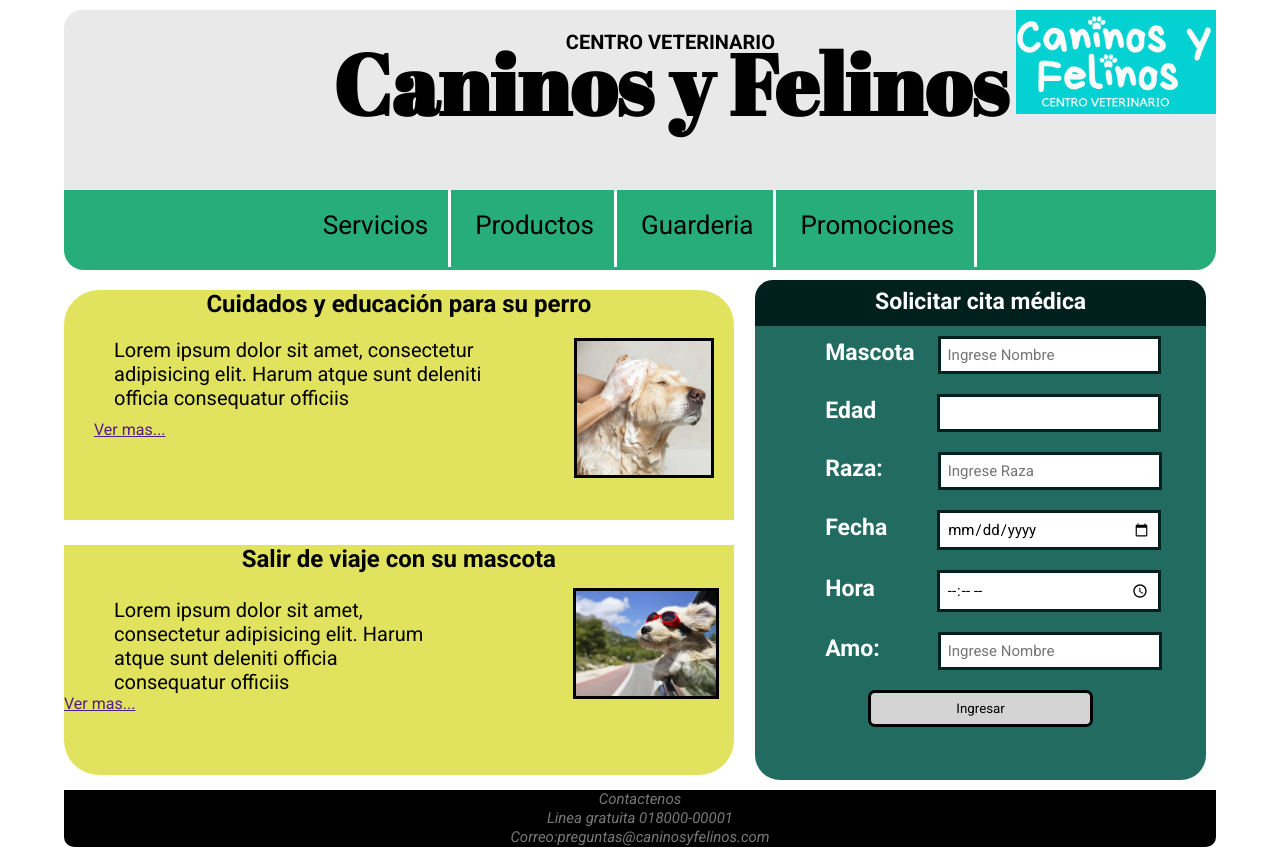
Repository: NickArregoces/Veterinaria
Page: Index.html
An editor plug-in stored every save of this project. The page is shown before and after a run of saves, followed by the edit.
The browser window is 1280 px wide. The pictures show the whole page.

Above is the page before, as saved 2021-10-08 18:16:39.

### Index.html
<!DOCTYPE html>
<html lang="en">
<head>
    <meta charset="UTF-8">
    <meta http-equiv="X-UA-Compatible" content="IE=edge">
    <meta name="viewport" content="width=device-width, initial-scale=1.0">
    <title>Canicos y felinos</title>
    <link rel="stylesheet" href="/CSS/Style.css">
    <link href="https://fonts.googleapis.com/css2?family=Roboto:ital,wght@0,100;0,300;0,400;0,500;0,700;0,900;1,100;1,300;1,400;1,500;1,700;1,900&display=swap" rel="stylesheet">
    <link rel="preconnect" href="https://fonts.googleapis.com">
    <link rel="preconnect" href="https://fonts.gstatic.com" crossorigin>
    <link href="https://fonts.googleapis.com/css2?family=Abril+Fatface&display=swap" rel="stylesheet">

</head>
<body>
    <div id="head">
        <header>
            <div class="image">
                <img src="/Images/logo.png" alt="logo">
            </div>
            <div class="title" >
                <h3>CENTRO VETERINARIO</h3>
                <h1>Caninos y Felinos</h1>
            </div>

        </header>

        <div class="navegador">
            <ul class="menu">
                <li><a href="#">Servicios</a></li>
                <li><a href="#">Productos</a></li>
                <li><a href="#">Guarderia</a></li>
                <li><a href="#">Promociones</a></li>
            </ul>
        </div>

    </div>
        <div id="Contenido">
            <div class="section">

                <form action="" class="cita">
                    <h3 style="color: rgb(255, 255, 255);">Solicitar cita médica</h3>
                        <div class="Mascota">
                            <h4>Mascota<input type="text" placeholder="Ingrese Nombre" required></h4>
                        </div>

                        <div class="Edad">
                            <h4>Edad<input type="number" required></h4>
                        </div>

                        <div class="Raza">
                            <h4>Raza:<input type="text" placeholder="Ingrese Raza" required></h4>
                        </div>
                        <div class="Fecha">
                            <h4>Fecha<input type="date" placeholder="" required></h4>
                        </div>

                        <div class="Hora">
                            <h4>Hora<input type="time" required></h4>
                        </div>

                        <div class="Amo">
                            <h4>Amo:<input type="text" placeholder="Ingrese Nombre" required></h4>
                        </div>

                    <div class="button">
                        <button class="sumbit"> Ingresar </button>
                    </div>

                </form>
            </div>

            <div id="Cuadros">
                <aside>
                    <div class="Cuidados">
                        <h2 style="color: rgb(0, 0, 0);">Cuidados y educación para su perro</h2>

                        <div id="Prueba">
                            <img id="Prubea" src="/Images/credit.png" alt="">


                            <p>Lorem ipsum dolor sit amet, consectetur adipisicing elit.
                                Harum atque sunt deleniti officia consequatur officiis</p>

                            <div class="vinculo"><a href="">Ver mas...</a></div>
                        </div>

                    </div>

                    <div class="Viajes">
                        <h2 style="color: rgb(0, 0, 0);">Salir de viaje con su mascota</h2>

                        <div id="Prueba">
                            <img id="Prubea" src="/Images/Wallpaper(80).jpg" alt="">

                            <p>Lorem ipsum dolor sit amet, consectetur adipisicing elit.
                            Harum atque sunt deleniti officia consequatur officiis</p>

                            <div class="vinculo1"><a href="">Ver mas...</a></div>
                        </div>
                    </div>
                </aside>
            </div>

            <div>
                <footer>
                        <p>Contactenos</p>
                        <p>Linea gratuita 018000-00001</p>
                        <p>Correo:preguntas@caninosyfelinos.com</p>
                </footer>
            </div>
        </div>

</body>
</html>

### CSS/Style.css

*{
    margin: 0 auto;
    padding: 0px;
    list-style:none;
    font-family: 'Roboto', sans-serif;
}
body{
    font-family: Arial, Helvetica, sans-serif;
    background: rgb(255, 255, 255);
    width: 90%;
    color: rgb(0, 0, 0);
}
header{
    width: 100%;
    margin-top: 10px;
    background:rgb(233, 233, 233);
    border-top-left-radius:  18px;
    border-top-right-radius:  18px;
    height: 180px;
}
    img{
        float: right;
        width: 200px;
    }
    .title{
        float: right;
        width: 60%;
        margin-top: 20px;
    }
    header h1{
        font-family: 'Abril Fatface', cursive;
        font-size: 85px;
        text-align: center;
        line-height: 60px;
        display: block;
        color: black;
    }
    header h3{
        font-size: 20px;
        text-align: center;
    }
div.navegador{
    text-align: center;
}
    ul.menu{
        border-bottom-left-radius: 20px 20px;
        border-bottom-right-radius: 20px 20px;
        background: rgb(38, 173, 122);
        height: 80px;
        list-style: none;
        padding: 0;
        max-width: 10000px;
    }
    .menu li a{
        height: 37px;
        font-size: 26px;
        margin-right: 1px;
        text-decoration: none;
        color:black;
        padding: 20px;
        display: table-cell;
    }
    .menu li {
        border-right: solid white;
        display: inline-block;
        }
    .menu li a:hover{
        background: #242323b6;
        color: white;
        }

.section{
    width: 40%;
    float: right;
}
    /*Formulario Login*/
    form{
        background: rgb(33, 107, 97);
        border-radius: 25px;
        margin-top: 10px;
        margin-right:10px;
        margin-bottom: 10px;
        height: 500px;
    }
        form h3{
            font-size: 23px;
            text-align: center;
            background: rgb(0, 32, 29);
            height: 30px;
            padding: 8px;
            border-top-left-radius: 18px;
            border-top-right-radius: 18px;
        }
        form h4{
            font-size: 23px;
            padding: 10px;
            margin-left: 60px;
            color: rgb(255, 255, 255);

        }
        form input{
            font-size: 15px;
            width: 55%;
            padding: 7px;
            display: inline;
            border: solid rgb(0, 32, 29);
            margin-left: 10px;
        }
        div.Mascota input {
            margin-left: 23px;
        }
        div.Edad input {
            margin-left: 61px;
        }
        div.Raza input {
            margin-left: 55px;
        }
        div.Fecha input {
            margin-left: 50px;
        }
        div.Hora input {
            margin-left: 62px;
        }
        div.Amo input {
            margin-left: 58px;
        }
        div.button{
            margin-top: 10px;
            margin: auto;
            text-align: center;
            width: 50%;
            cursor: pointer;
        }
        button{
            margin-top: 10px;
            width: 100%;
            padding: 8px;
            background: rgb(212, 212, 212);
            border-radius: 7px;
            border: solid black;
            cursor: pointer;
        }
        button:hover{
            background: #000000b6;
            color: rgb(255, 255, 255);
        }
aside{
    width: 59%;
    height: 500px;
    margin-top: 10px;
    float: left;
    margin-bottom: 10px;
}
    div.Cuidados{
        height: 230px;
        border-top-left-radius: 35px;
        border-top-right-radius: 35px;
        margin-top: 10px;
        margin-right: 10px;
        background: rgba(216, 219, 45, 0.76);
        overflow:hidden;
    }
    /*Centrado Imagenes aside*/
    #Prueba{
        float: right;
    }
        div.Cuidados h2{
            text-align: center;
        }
        div.Cuidados img {
            margin: 20px;
            width: 20%;
            border: solid black;
        }
        /*Efecto Imagenes aside*/
        div img:hover{
            -webkit-transform:scale(0.9);
            transform:scale(0.9);
        }
        div.Cuidados p{
            font-size: 20px;
            margin-top: 20px;
            margin-left: 50px;
            width: 60%;
            display: inline-block;
        }
        div.Cuidados a{
            position: absolute;
            margin-left: 30px;
            margin-top: 10px;
        }

    div.Viajes {
        height: 230px;
        border-bottom-right-radius: 35px;
        border-bottom-left-radius: 35px;
        margin-top: 25px;
        margin-right: 10px;
        background: rgba(216, 219, 45, 0.76);
        overflow: hidden;
    }
        div.Viajes h2{
            text-align: center;
        }
        div.Viajes img {
            width: 140px;
            margin: 15px;
            border: solid black;
        }
        div.Viajes p{
            font-size: 20px;
            margin-top: 25px;
            margin-left: 50px;
            width: 50%;
            display: inline-block;
        }

footer{
    background: black;
    clear: both;
    border-bottom-left-radius: 10px;
    border-bottom-right-radius: 10px;
}
    footer p{
        font-size: 15px;
        text-align: center;
        line-height: 15px;
        color: rgb(121, 119, 119);
        font-style:italic;
        padding: 2px;
    }

After the next 2 saves:
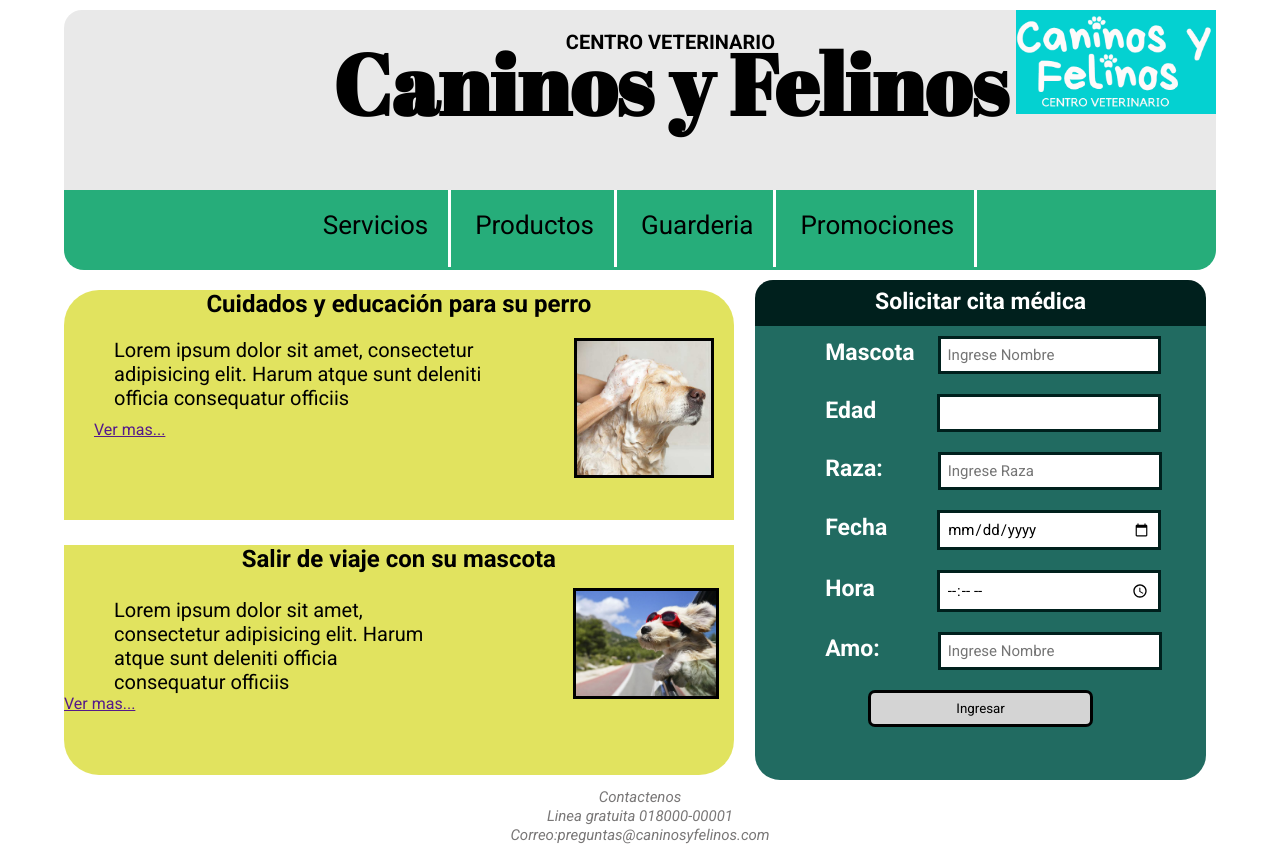
The 2 saves are shown as one change because they came seconds apart.
The last was saved 8 s later.
--- a/CSS/Style.css
+++ b/CSS/Style.css
@@ -215,6 +215,7 @@
             width: 50%;
             display: inline-block;
         }
+        div.
 
 footer{
     background: black;

After the save that followed:
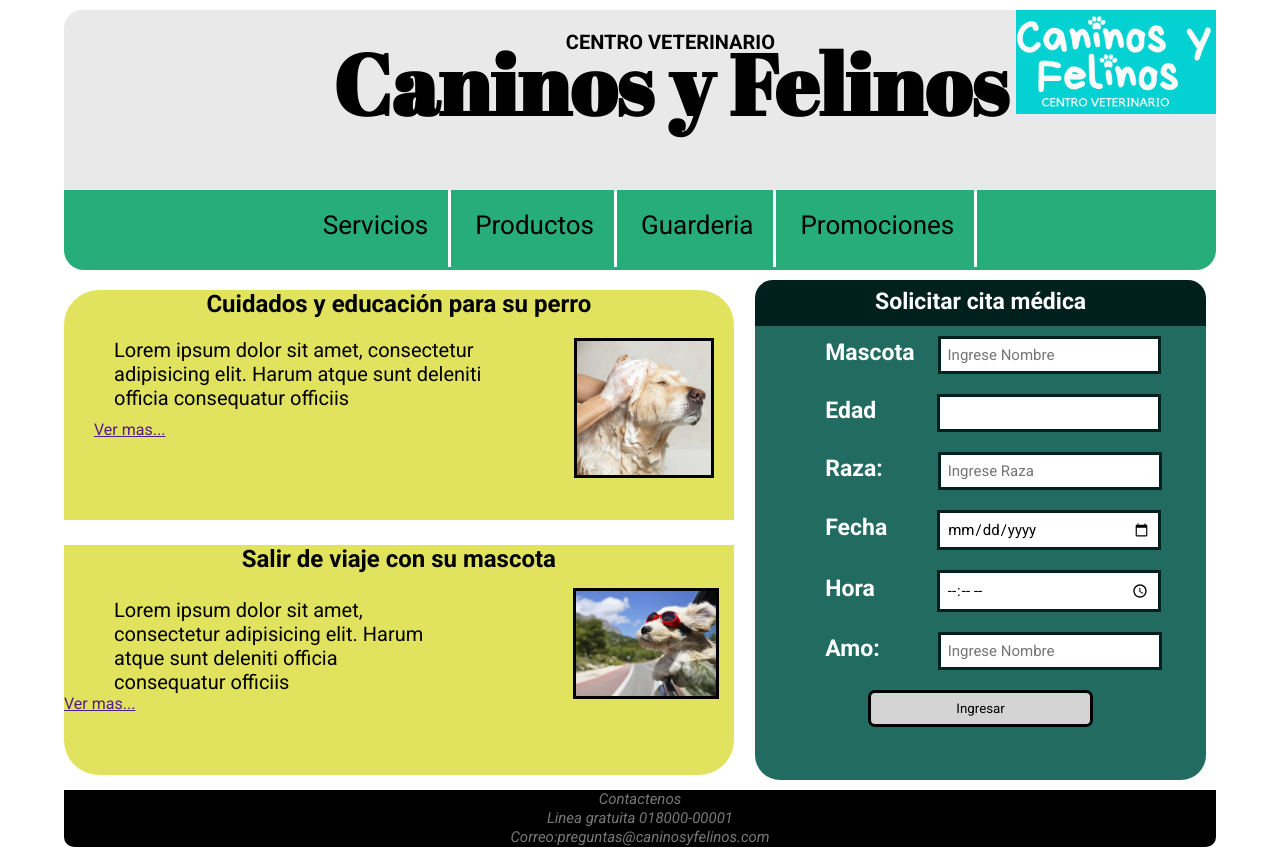
Saved 5 s later.
--- a/CSS/Style.css
+++ b/CSS/Style.css
@@ -215,7 +215,9 @@
             width: 50%;
             display: inline-block;
         }
-        div.
+        div.vinculo1 a{
+
+        }
 
 footer{
     background: black;
